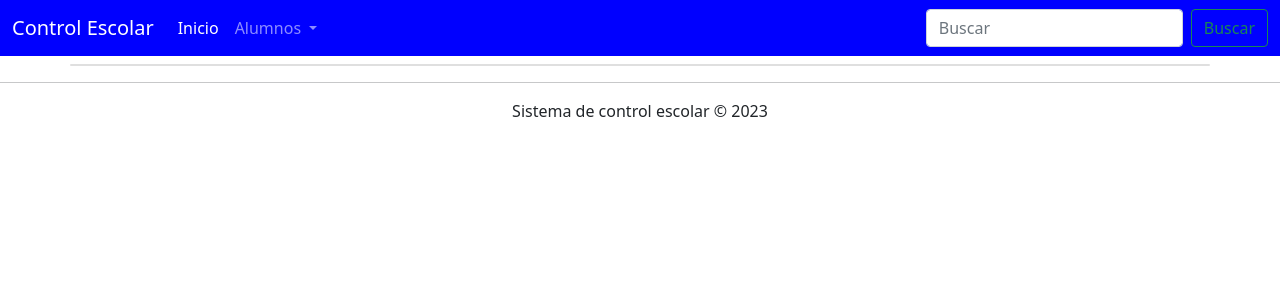
Repository: terrazasjuancarlos/cursoLaravel2-master
Page: http://localhost/alumnos
These files come from the project's save history. The page is drawn as it stood at one moment and after the next save; the edit follows.
The browser window is 1280 px wide. The pictures show the whole page.
The page is served by the project's Laravel application, run on PHP 8.4 with Laravel 10. Other server files are loaded and not shown.

Above is the page before, as saved 2023-10-19 18:54:32.

### routes/web.php
<?php

use App\Http\Controllers\AlumnoController;
use App\Http\Controllers\bienvenidoController;
use Illuminate\Support\Facades\Route;

Route::get('/', function () {
    return view('welcome');
});

route::get('/bienvenido', [bienvenidoController::class, 'bienvenido']);

route::get('/alumnos', [AlumnoController::class, 'alumnos']);

### app/Http/Controllers/AlumnoController.php
<?php

namespace App\Http\Controllers;

use Illuminate\Http\Request;

class AlumnoController extends Controller
{
    public function alumnos(){
        return view('alumnos');
    }
}

### resources/views/alumnos.blade.php
@extends('master')

@section('contenido')

@stop

### resources/views/master.blade.php
<!DOCTYPE html>
<html lang="en">
<head>
    <meta charset="UTF-8">
    <meta name="viewport" content="width=device-width, initial-scale=1.0">
    <meta http-equiv="X-UA-Compatible" content="ie=edge">
    <title>Sistema de control escolar CETIS 107</title>
    <link rel="stylesheet" href="{{ asset('css/bootstrap.css') }}">
    <script src="{{ asset('code.jquery.com_jquery-3.7.1.js') }}"></script>
</head>
<body>
    <nav class="navbar navbar-expand-lg navbar-dark" style="background-color: blue;">
        <div class="container-fluid">
          <a class="navbar-brand" href="#">Control Escolar
          </a>
          <button class="navbar-toggler" type="button" data-bs-toggle="collapse" data-bs-target="#navbarSupportedContent" aria-controls="navbarSupportedContent" aria-expanded="false" aria-label="Toggle navigation">
            <span class="navbar-toggler-icon"></span>
          </button>
          <div class="collapse navbar-collapse" id="navbarSupportedContent">
            <ul class="navbar-nav me-auto mb-2 mb-lg-0">
              <li class="nav-item">
                <a class="nav-link active" aria-current="page" href="#">Inicio</a>
              </li>
              <li class="nav-item dropdown">
                <a class="nav-link dropdown-toggle" href="#" id="navbarDropdown" role="button" data-bs-toggle="dropdown" aria-expanded="false">
                  Alumnos
                </a>
                <ul class="dropdown-menu" aria-labelledby="navbarDropdown">
                  <li><a class="dropdown-item" href="#">Registrar alumno</a></li>
                  <li><a class="dropdown-item" href="#">Consultar alumnos</a></li>
                  <li><hr class="dropdown-divider"></li>
                  <li><a class="dropdown-item" href="#">Ir al inicio</a></li>
                </ul>
              </li>
            </ul>
            <form class="d-flex">
              <input class="form-control me-2" type="search" placeholder="Buscar" aria-label="Search">
              <button class="btn btn-outline-success" type="submit">Buscar</button>
            </form>
          </div>
        </div>
    </nav>

    <div class="container">
        <div class="row">
            <div class="col-12 card mt-2">
                @yield('contenido')
            </div>
        </div>
    </div>

    <footer class="text-center"><hr>
        Sistema de control escolar &copy; 2023
    </footer>
    <script src="{{ asset('js/bootstrap.js') }}"></script>
</body>
</html>

Loaded but not shown: app/Http/Controllers/Controller.php (common file); public/css/bootstrap.css (library); public/js/bootstrap.js (library)

After the next save:
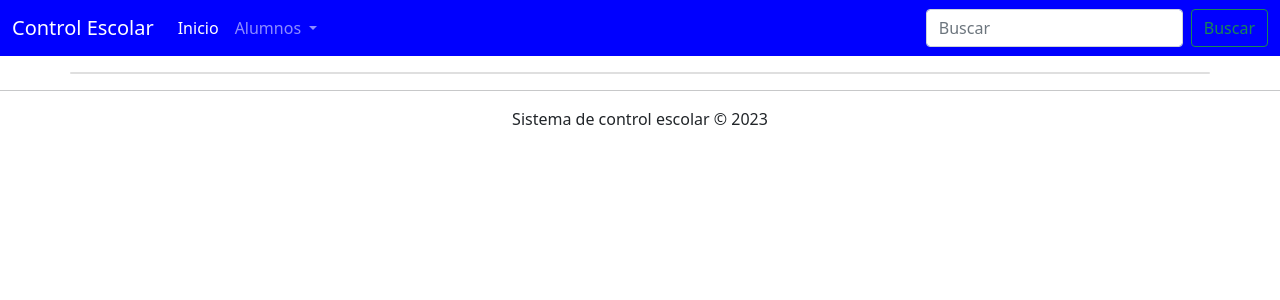
Saved 5 s later.
--- a/resources/views/master.blade.php
+++ b/resources/views/master.blade.php
@@ -43,7 +43,7 @@
 
     <div class="container">
         <div class="row">
-            <div class="col-12 card mt-2">
+            <div class="col-12 card mt-3">
                 @yield('contenido')
             </div>
         </div>
